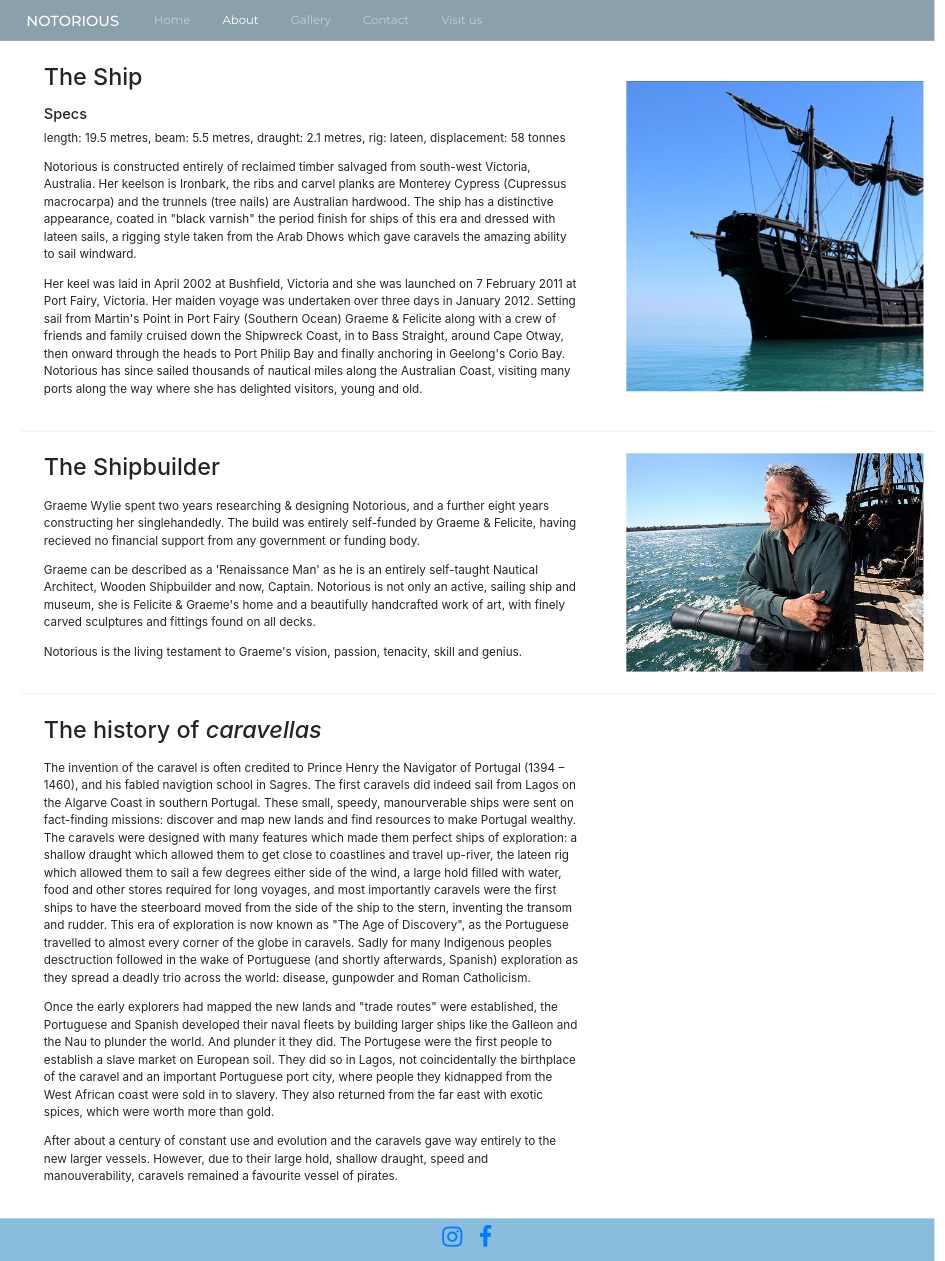
Repository: TSRose/NotorioustheShip
Page: about.html
The author's editor kept a record of every edit. The page is drawn from the files as they stood at one moment, then again after the next edit.
The browser window is 1280 px wide. The page is 1295 px wide, so the pictures cover 1295 px, including what lies to the right of the window. The pictures show the whole page, at 73% of full size.

Above is the page before.

### about.html
<!DOCTYPE html>
<html lang="en">

<head>
    <meta charset="UTF-8">
    <meta name="viewport" content="width=device-width, initial-scale=1.0">
    <meta http-equiv="X-UA-Compatible" content="ie=edge">
    <link rel="stylesheet" href="https://stackpath.bootstrapcdn.com/bootstrap/4.3.1/css/bootstrap.min.css" type="text/css" />
    <link rel="stylesheet" href="https://stackpath.bootstrapcdn.com/font-awesome/4.7.0/css/font-awesome.min.css">
    <link rel="stylesheet" href="assets/css/style.css" type="text/css">

    <title>Notorious the Ship</title>
</head>

<body>
    <nav class="navbar navbar-dark navbar-expand-md">
        <a href="index.html" class="navbar-brand">NOTORIOUS</a>
        <button class="navbar-toggler ml-auto" type="button" data-toggle="collapse" data-target="#navbarNavDropdown" aria-controls="navbarNavDropdown" aria-expanded="false" aria-label="Toggle navigation">
      <span class="navbar-toggler-icon"></span></button>
        <div class="collapse navbar-collapse" id="navbarNavDropdown">
            <ul class="navbar-nav mr-auto">
                <li class="nav-item mr-2"><a class="nav-link" href="index.html">Home</a></li>
                <li class="active nav-item mr-2"><a class="nav-link" href="about.html">About</a></li>
                <li class="nav-item mr-2"><a class="nav-link" href="gallery.html">Gallery</a></li>
                <li class="nav-item mr-2"><a class="nav-link" href="contact.html">Contact</a></li>
                <li class="nav-item mr-2"><a class="nav-link" href="open.html">Visit us</a></li>
            </ul>
        </div>
    </nav>

    <!-------------------article-->

    <div class="about-container container-fluid">
        <div class="article-container">
            <div class="row">
                <div class="col-8 d-md-block">
                    <div class="theship article-wrapper">
                        <h2>The Ship</h2>
                        <h5>Specs</h5>
                        <p>length: 19.5 metres, beam: 5.5 metres, draught: 2.1 metres, rig: lateen, displacement: 58 tonnes</p>
                        <p>Notorious is constructed entirely of reclaimed timber salvaged from south-west Victoria, Australia. Her keelson is Ironbark, the
                        ribs and carvel planks are Monterey Cypress (Cupressus macrocarpa) and the trunnels (tree nails) are Australian hardwood. The ship has
                        a distinctive appearance, coated in "black varnish" the period finish for ships of this era and dressed with lateen sails, a rigging
                        style taken from the Arab Dhows which gave caravels the amazing ability to sail windward.</p>
                        <p>Her keel was laid in April 2002 at Bushfield, Victoria and she was launched on 7 February 2011 at Port Fairy, Victoria. Her maiden
                        voyage was undertaken over three days in January 2012. Setting sail from Martin's Point in Port Fairy (Southern Ocean) Graeme & Felicite
                        along with a crew of friends and family cruised down the Shipwreck Coast, in to Bass Straight, around Cape Otway, then
                        onward through the heads to Port Philip Bay and finally anchoring in Geelong's Corio Bay. Notorious has since sailed
                        thousands of nautical miles along the Australian Coast, visiting many ports along the way where she has delighted visitors, young and old.</p>
                    </div>
                </div>
                <div class="col-4 d-md-block theshipimage image-fluid">
                </div>
            </div>
        </div>
        <hr>
        <div class="article-container">
            <div class="row">
                <div class="col-8 d-md-block">
                    <div class="thebuilder article-wrapper">
                        <h2>The Shipbuilder</h2>
                        <p>Graeme Wylie spent two years researching & designing Notorious, and a further eight years constructing her singlehandedly. The
                        build was entirely self-funded by Graeme & Felicite, having recieved no financial support from any government or funding body.</p>

                        <p>Graeme can be described as a 'Renaissance Man' as he is an entirely self-taught Nautical Architect, Wooden Shipbuilder and now, Captain.
                        Notorious is not only an active, sailing ship and museum, she is Felicite & Graeme's home and a beautifully handcrafted work of art,
                        with finely carved sculptures and fittings found on all decks.

                        <p>Notorious is the living testament to Graeme's vision, passion, tenacity, skill and genius.</p>
                    </div>
                </div>
                <div class="col-4 thebuilderimage image-fluid">
                </div>
            </div>
        </div>
        <hr>
        <div class="article-container">
            <div class="row">
                <div class="col-8  d-md-block">
                    <div class="thehistory article-wrapper">
                        <h2>The history of <em>caravellas</em></h2>
                        <p>The invention of the caravel is often credited to Prince Henry the Navigator of Portugal (1394 – 1460), and his fabled navigtion school in Sagres. The
                        first caravels did indeed sail from Lagos on the Algarve Coast in southern Portugal. These small, speedy, manourverable ships were sent on fact-finding missions:
                        discover and map new lands and find resources to make Portugal wealthy. The caravels were designed with many features which made them perfect ships of exploration: a shallow
                        draught which allowed them to get close to coastlines and travel up-river, the lateen rig which allowed them to sail a few degrees either side of the wind,
                        a large hold filled with water, food and other stores required for long voyages, and most importantly caravels were the first ships to have the steerboard moved from the
                        side of the ship to the stern, inventing the transom and rudder. This era of exploration is now known as "The Age of Discovery", as the Portuguese travelled to almost every corner of the globe
                        in caravels. Sadly for many Indigenous peoples desctruction followed in the wake of Portuguese (and shortly afterwards, Spanish) exploration as they
                        spread a deadly trio across the world: disease, gunpowder and Roman Catholicism.</p>
                        <p>Once the early explorers had mapped the new lands and "trade routes" were established, the Portuguese and Spanish developed their naval fleets by building larger ships like the Galleon and the Nau
                        to plunder the world. And plunder it they did. The Portugese were the first people to establish a slave market on European soil. They did so in Lagos, not coincidentally the birthplace of the caravel
                        and an important Portuguese port city, where people they kidnapped from the West African coast were sold in to slavery. They also returned from the far east with exotic spices, which were worth more than
                        gold.</p>
                        <p>After about a century of constant use and evolution and the caravels gave way entirely to the new larger vessels.
                        However, due to their large hold, shallow draught, speed and manouverability, caravels remained a favourite vessel of pirates.</p>
                    </div>
                </div>
                <div class="d-sm-none d-xs-none col-md-4 thehistoryimage image-fluid">
                </div>
            </div>
        </div>
    </div>

    <!---------------------------footer----->
    <footer class="container-fluid footer">
        <div id="footer-details" class="row">
            <div class="col-12">
                <ul class="list-inline social-links">
                    <li class="list-inline-item">
                        <a target="_blank" href="http://instagram.com/notorioustheship">
                        <i class="fa fa-instagram fa-2x" aria-hidden="true"></i>
                        <span class="sr-only">Instagram</span>
                        </a>
                    </li>
                    <li class="list-inline-item">
                        <a target="_blank" href="http://facebook.com/notorioustheship">
                        <i class="fa fa-facebook fa-2x" aria-hidden="true"></i>
                        <span class="sr-only">Facebook</span>
                        </a>
                    </li>
                </ul>
            </div>
        </div>
    </footer>

    <script src="https://code.jquery.com/jquery-3.3.1.slim.min.js" integrity="sha384-q8i/X+965DzO0rT7abK41JStQIAqVgRVzpbzo5smXKp4YfRvH+8abtTE1Pi6jizo" crossorigin="anonymous"></script>
    <script src="https://cdnjs.cloudflare.com/ajax/libs/popper.js/1.14.7/umd/popper.min.js" integrity="sha384-UO2eT0CpHqdSJQ6hJty5KVphtPhzWj9WO1clHTMGa3JDZwrnQq4sF86dIHNDz0W1" crossorigin="anonymous"></script>
    <script src="https://stackpath.bootstrapcdn.com/bootstrap/4.3.1/js/bootstrap.min.js" integrity="sha384-JjSmVgyd0p3pXB1rRibZUAYoIIy6OrQ6VrjIEaFf/nJGzIxFDsf4x0xIM+B07jRM" crossorigin="anonymous"></script>

</body>

</html>

### assets/css/style.css
@import url('https://fonts.googleapis.com/css?family=Montserrat:100,200,300,400,500,600,700|Roboto:100,200,300,400,500,600,700');

body {
    margin: 10;
    padding: 0;
}

header {
    margin: 0;
}

.footer {
    background-color: #89bddd;
    border-color: #89bddd;
}

h2 {
    margin-bottom: 20px;
}

/*-------------------------------- navbar */

.navbar-brand {
    font-family: "Montserrat", sans-serif;
    color: #fafafa;
    margin: 0 20px;
    font-weight: 500;
}

.nav-item {
    color: #fafafa;
    font-family: "Montserrat", sans-serif;
    margin: 0 20px;
}

.list-inline {
    text-align: center;
}

.navbar {
    color: #aaa;
    background-color: #8aa0aa;
    margin-bottom: 0;
    border: 0;
    width: 100%;
}

.navbar .navbar-toggler {
    border: 0;
}

/*---------------------------------Landing ----*/

.landing-container {
    height: 100VH;
    background: url("../images/notorious_portdouglas_xsm_crop.jpg") no-repeat center center fixed;
    -webkit-background-size: cover;
    -moz-background-size: cover;
    -o-background-size: cover;
    background-size: cover;
    display: flex;
    align-items: center;
    justify-content: center;
    position: relative;
}

@media (min-width: 576px) {
    .landing-container {
        background: url("../images/notorious_portdouglas_sm_crop.jpg") no-repeat center right fixed;
    }
}

@media (min-width: 768px) {
    .landing-container {
        background: url("../images/notorious_portdouglas_md_crop.jpg") no-repeat center right fixed;
    }
}

@media (min-width: 992px) {
    .landing-container {
        background: url("../images/notorious_portdouglas.PNG") no-repeat center left fixed;
    }
}

.text-uppercase {
    text-transform: uppercase;
}

.landing-subheading {
    padding: 0 0px;
    text-align: left;
}

/*--------------------------------Jumbotron*/

.absolute {
    position: absolute;
    height: 100VH;
    width: 100VW;
    padding: 7%;
}

.jumbotron {
    background-color: transparent;
    padding: 0;
    color: #fafafa;
    height: 100VH;
}

.jumbotron-header {
    font-weight: bold;
    margin-bottom: 35px;
    margin: 50px;
    text-transform: capitalize;
    padding: 50px;
}


/*--------------------------------------- contact form*/

.contact-heading {
    font-family: "Montserrat", sans-serif;
    font-weight: 200;
    padding-top: 30px;
    margin-top: 25px;
    margin-bottom: 15px;
}

.center-form {
    padding: 0 10px;
    margin: 0 auto;
    max-width: 70%;
}

button[type="submit"] {
    margin-top: 15px;
    margin-bottom: 20px;
    color: #fafafa;
    background-color: #3498db;
}

.btn {
    padding: 5px;
}

.form-control {
    margin: 10px 0;
}

.share {
    margin: 25px 0;
}

@media(max-width: 991px) {
    .center-form {
        padding-top: 30px;
        min-height: 240px;
        margin: 0 auto;
        max-width: 70%;
    }
}

@media(min-width: 992px) {
    .center-form {
        padding-top: 30px;
        min-height: 240px;
        margin: 0 auto;
        max-width: 50%;
    }
}

@media(min-width: 992px) {
    .contact-heading {
        font-family: "Montserrat", sans-serif;
        font-weight: 400;
        margin-top: 25px;
        margin-bottom: 20px;
    }
}

/*-----------------------------------About*/

.about-container {
    margin: 15px;
}

.article-wrapper {
    margin-right: 50px;
}

.theshipimage {
    background: url("../images/notorious_on_anchor.PNG");
    background-position: left;
    background-repeat: no-repeat;
    display: inline-block;
    width: 300px;
    height: auto;
    transition: all .5s ease-in-out;
    -moz-transition: all .5s ease-in-out;
    -webkit-transition: all .5s ease-in-out;
    margin: 0 15;
}

.thebuilderimage {
    background: url("../images/graemewylie.jpg");
    background-position: left;
    background-repeat: no-repeat;
    background-size: cover;
    display: block;
    width: 300px;
    height: auto;
    transition: all .5s ease-in-out;
    -moz-transition: all .5s ease-in-out;
    -webkit-transition: all .5s ease-in-out;
}

.thehistoryimage {
    background: url("../images/portuguesecaravelmodel.jpg");
    background-position: left;
    background-repeat: no-repeat;
    background-size: cover;
    display: block;
    width: auto;
    height: 300px;
    max-height: 300px;
    transition: all .5s ease-in-out;
    -moz-transition: all .5s ease-in-out;
    -webkit-transition: all .5s ease-in-out;
}

.article-container {
    margin: 30px;
}

/*-----------------------------------Open Days*/
.opendays {

}

/*-----------------------------------Gallery*/

.gallery-container {
    padding: 20px 0;
}

.image-padding {
    padding: 5px;
}

.zoom {
    width: 100%;
    height: 200px;
    border-radius:5px;
    background-size: cover;
    -webkit-transition: all .3s ease-in-out;
    -moz-transition: all .3s ease-in-out;
    -o-transition: all .3s ease-in-out;
    -ms-transition: all .3s ease-in-out;
}


.transition {
    -webkit-transform: scale(1.2);
    -moz-transform: scale(1.2);
    -o-transform: scale(1.2);
    transform: scale(1.2);
}
    .modal-header {

     border-bottom: none;
}
    .modal-title {
        color:#000;
    }
    .modal-footer{
      display:none;
    }


/*-----------------------------------Footer*/

.social-links {
    margin-top: 10px;
    padding-bottom: 0px;
}

.list-inline-item {
    padding-left: 5px;
    padding-right: 5px;
}

After the next edit:
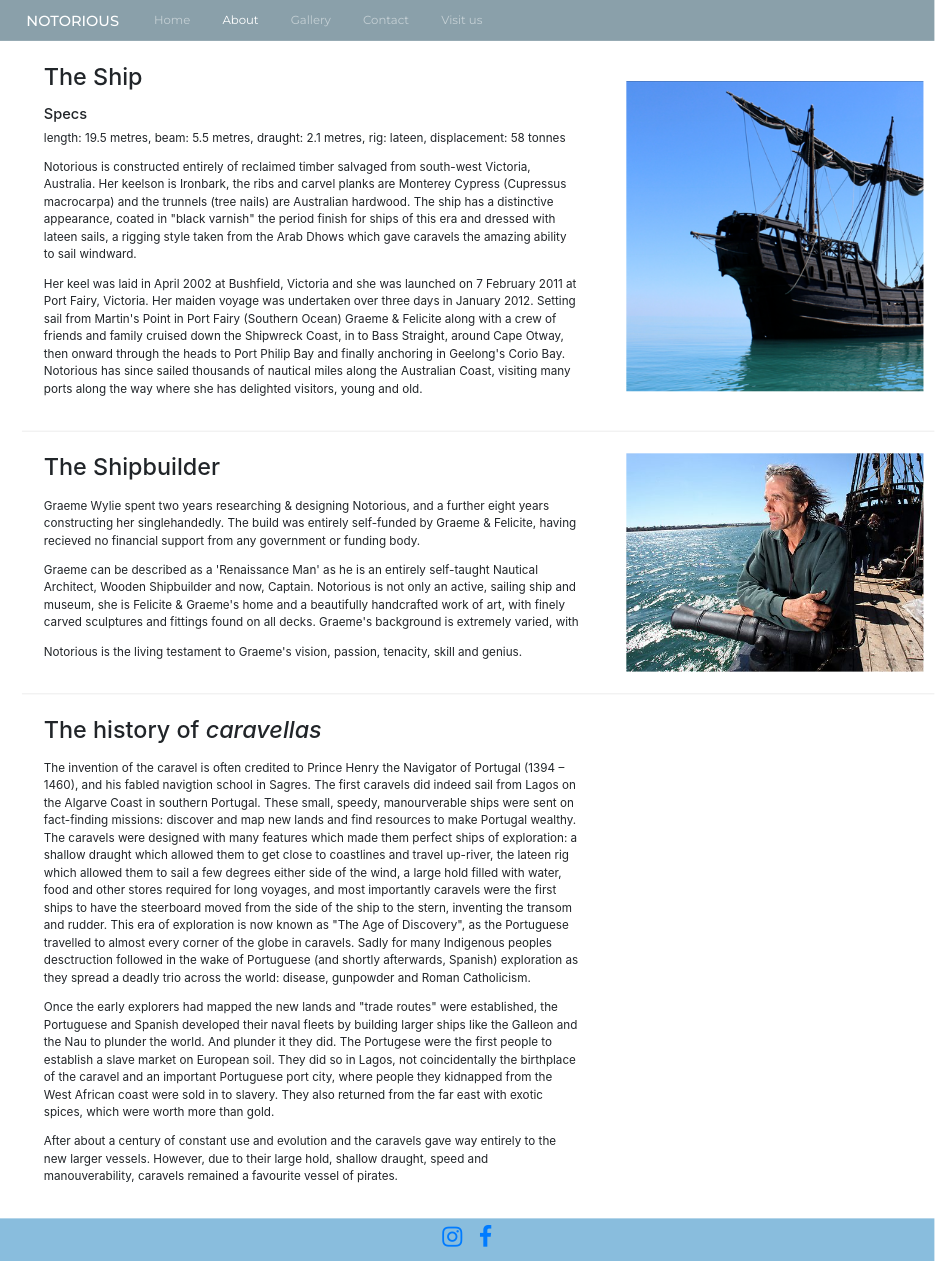
The edit:
--- a/about.html
+++ b/about.html
@@ -64,7 +64,7 @@
 
                         <p>Graeme can be described as a 'Renaissance Man' as he is an entirely self-taught Nautical Architect, Wooden Shipbuilder and now, Captain.
                         Notorious is not only an active, sailing ship and museum, she is Felicite & Graeme's home and a beautifully handcrafted work of art,
-                        with finely carved sculptures and fittings found on all decks.
+                        with finely carved sculptures and fittings found on all decks. Graeme's background is extremely varied, with </p>
 
                         <p>Notorious is the living testament to Graeme's vision, passion, tenacity, skill and genius.</p>
                     </div>
